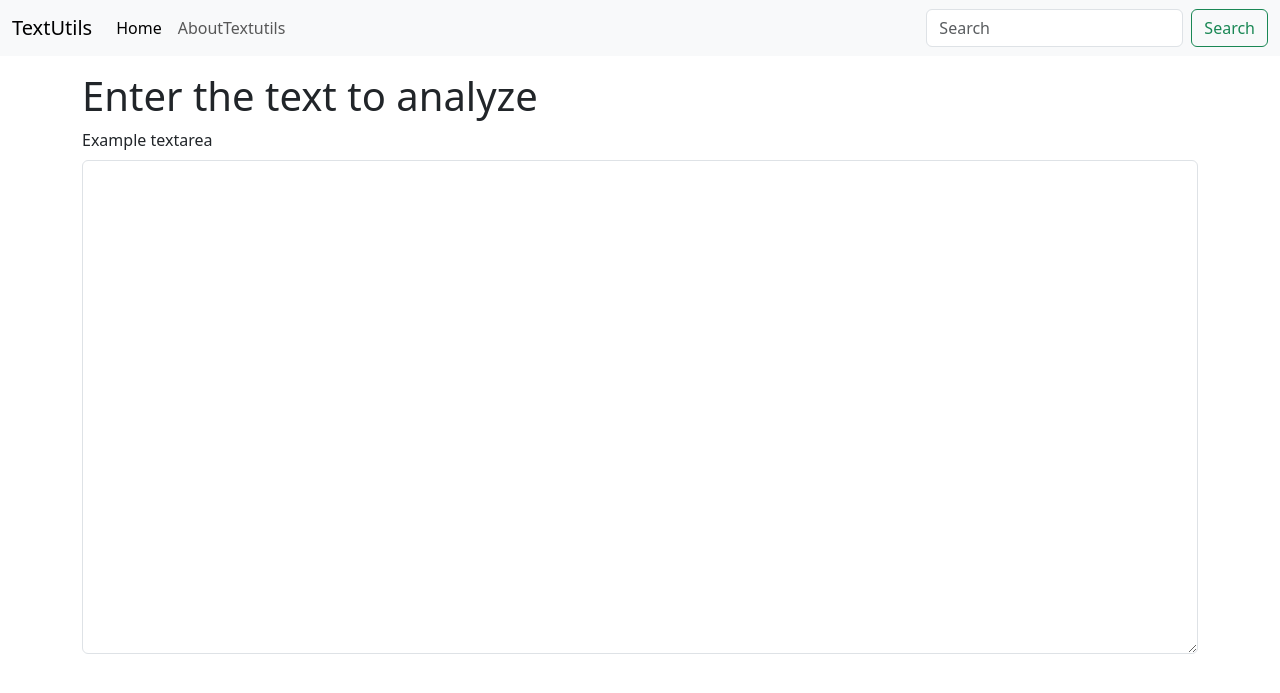
Repository: Rohit-foryou/Text-Utils
Page: /
An editor plug-in stored every save of this project. The page is shown before and after the next save, followed by the edit.
The browser window is 1280 px wide. The pictures show the whole page.
The project was rebuilt for these pictures with package versions that can differ from the ones it lists, and the page was loaded fresh each time. Also part of the build but not shown: src/index.css, src/App.css.

Above is the page before, as saved 2023-12-20 20:43:25.

After the next save:
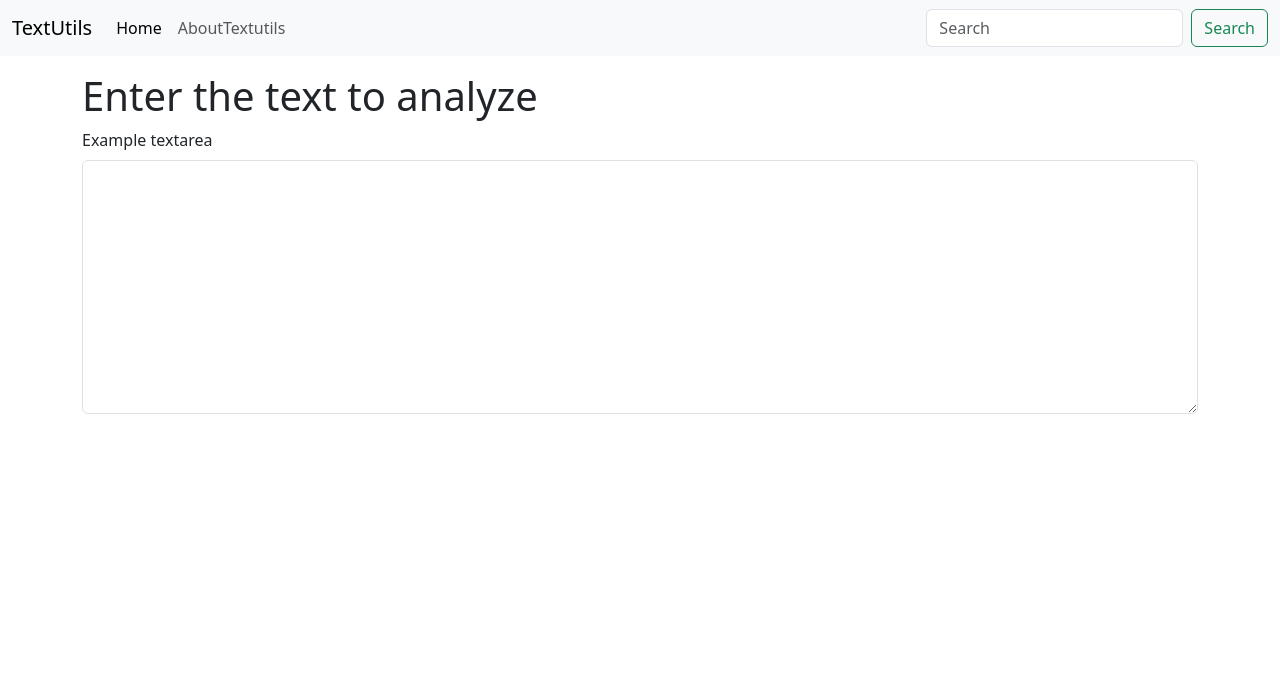
Saved 7 s later.
--- a/src/components/TextForm.js
+++ b/src/components/TextForm.js
@@ -6,7 +6,7 @@ export default function TextForm(props) {
         <h1>{props.heading}</h1>
         <div className="mb-3">
         <label for="myBox" className="form-label">Example textarea</label>
-        <textarea className="form-control" id="myBox" rows="20"></textarea>
+        <textarea className="form-control" id="myBox" rows="10"></textarea>
         </div>
     </div>
   )
